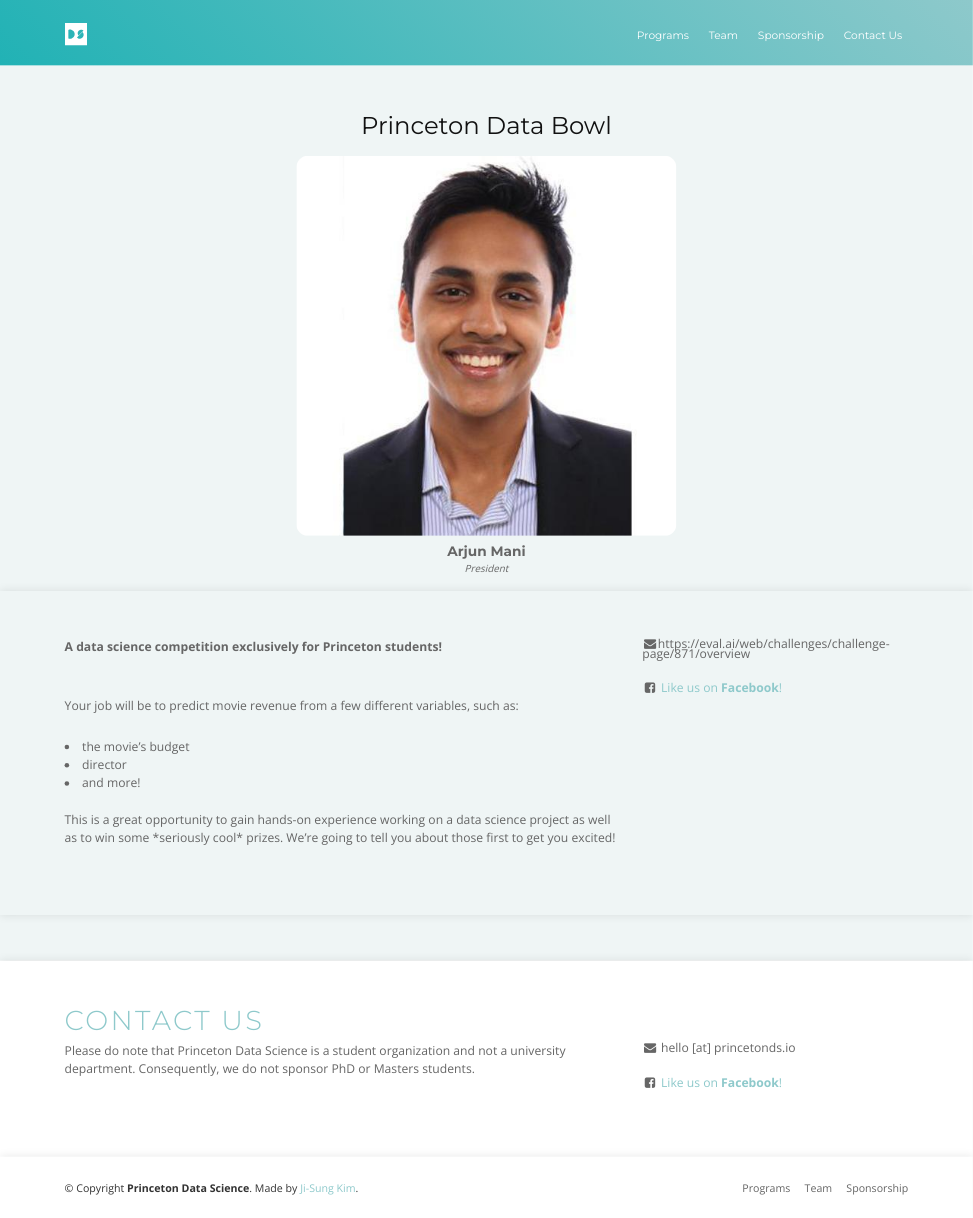
Repository: princetonds/princetonds.github.io
Page: team2.html
An editor plug-in stored every save of this project. The page is shown before and after a run of saves, followed by the edit.
The browser window is 1280 px wide. The pictures show the whole page, at 76% of full size.

Above is the page before, as saved 2021-03-20 03:32:04.
Console error: TypeError: Cannot read properties of null (reading 'innerHTML')

### team2.html
<!DOCTYPE html>
<html lang="en">
<head>
  <meta charset="utf-8">
  <title>Princeton Data Science (PDS)</title>
  <meta content="width=device-width, initial-scale=1.0" name="viewport">
  <meta content="" name="keywords">
  <meta content="" name="description">

  <!-- Favicons (created with http://realfavicongenerator.net/)-->
  <link rel="apple-touch-icon" sizes="180x180" href="/img/favicons/apple-touch-icon.png">
  <link rel="icon" type="image/png" href="/img/favicons/favicon-32x32.png" sizes="32x32">
  <link rel="icon" type="image/png" href="/img/favicons/favicon-16x16.png" sizes="16x16">
  <link rel="manifest" href="/img/favicons/manifest.json">
  <link rel="mask-icon" href="/img/favicons/safari-pinned-tab.svg" color="#49acad">
  <link rel="shortcut icon" href="/img/favicons/favicon.ico">
  <meta name="msapplication-config" content="/img/favicons/browserconfig.xml">
  <meta name="theme-color" content="#ffffff">

  <!-- Facebook Graph tags -->
  <meta property="og:url" content="https://princetonds.io" />
  <meta property="og:site_name" content="princetonds.io" />
  <meta property="og:title" content="Princeton Data Science (PDS)" />
  <meta name="og:description" content="Princeton Data Science (PDS) was founded in 2014-2015 to promote the practice and study of data science, a growing field that spans many disciplines such as statistics, machine learning, computer science, and business analytics." />
  <meta property="og:image" content="https://princetonds.io/img/500px_square_logo.png" />

  <!-- Google Fonts -->
  <link href="https://fonts.googleapis.com/css?family=Montserrat:300,400,500,700|Open+Sans:300,400,700" rel="stylesheet">

  <!-- Bootstrap CSS File -->
  <link href="lib/bootstrap/css/bootstrap.min.css" rel="stylesheet">

  <!-- Libraries CSS Files -->
  <link href="lib/animate/animate.min.css" rel="stylesheet">
  <link href="lib/font-awesome/css/font-awesome.min.css" rel="stylesheet">
  <link href="lib/magnific-popup/magnific-popup.css" rel="stylesheet">

  <!-- Main Stylesheet File -->
  <link href="css/style.css" rel="stylesheet">
  <link href="css/new.css" rel="stylesheet">
</head>

<body>

  <!--==========================
    Header
  ============================-->
  <header id="header">
    <div class="container">

      <div id="logo" class="pull-left">
        <h1><a href="#teamintro" class="scrollto"><img class="navbar-logo" src="img/inverted-logo.svg"></a></h1>
     </div>

      <nav id="nav-menu-container">
        <ul class="nav-menu">
          <li class="menu-active"><a href="https://princetonds.io">Programs</a></li>
          <li><a href="team.html">Team</a></li>
          <li><a href="media/sponsorship.pdf">Sponsorship</a></li>
          <li><a href="#contact">Contact Us</a></li>
        </ul>
      </nav><!-- #nav-menu-container -->
    </div>
  </header><!-- #header -->

  <!--==========================
    Intro Section
  ============================-->

  <!--==========================
    Intro Section
  ============================-->
  <section id="teamintro">
    <!-- <div class="team-intro-text">
      <h3>Our Team</h3>
    </div> -->
  </section>


  <!-- #intro -->


  <main id="main">


    <!--==========================
      Our Team Section
    ============================-->
    <section id="team" class="section-bg">
      <div class="container">
        <div class="section-header">
          <h3 class="section-title">Princeton Data Bowl</h3>
              <h2 style="text-align:center; color:black"></h2>
              <!-- <p style="text-align:center;">Enter team description here...</p> -->
              <div class="member2">
                <div class="pic"><img src="img/team/arjun.jpg" alt=""></div>
                <h4>Arjun Mani</h4>
                <span>President</span>
                <!-- <div class="social">
                  <p class="profile-description">.</p>
                </div> -->
              </div>

          <!-- <span class="section-divider"></span> -->
        </div>
      </div>

    <!--==========================
      Contact Section
    ============================-->
    <section id="contact">
      <div class="container">

        <div class="row wow fadeInUp">
          <div class="col-lg-8 col-md-6">
            <p><strong>A data science competition exclusively for Princeton students!</strong></p>
            <br>
            <p>
               Your job will be to predict movie revenue from a few different variables, such as: </p>
              <li> the movie’s budget </li>
              <li> director </li>
              <li> and more! </li>
              <br>
              <p>   This is a great opportunity to gain hands-on experience working on a data science project as well as to win some *seriously cool* prizes. We’re going to tell you about those first to get you excited!</p>
          </div>
          <div class="col-lg-4 col-md-6 links">
            <p><i class="fa fa-envelope fa-fw"></i>https://eval.ai/web/challenges/challenge-page/871/overview</p>
            <p><i class="fa fa-facebook-square fa-fw"></i> <a href="https://www.facebook.com/princetonds" class="facebook">Like us on <strong>Facebook</strong>!</a></p>
          </div>
        </div>
      </div>
    </section><!-- #contact -->


    </section><!-- #team -->

    <!--==========================
      Contact Section
    ============================-->
    <section id="contact">
      <div class="container">
        <div class="row wow fadeInUp">
          <div class="contact-about">
            <div class="col-lg-12 col-md-12">
              <h3>Contact Us</h3>
            </div>
          </div>
        </div>

        <div class="row wow fadeInUp">
          <div class="col-lg-8 col-md-6">
            <p>Please do note that Princeton Data Science is a student organization and not a university department. Consequently, we do not sponsor PhD or Masters students.</p>
          </div>
          <div class="col-lg-4 col-md-6 links">
            <p><i class="fa fa-envelope fa-fw"></i> hello [at] princetonds.io</p>
            <p><i class="fa fa-facebook-square fa-fw"></i> <a href="https://www.facebook.com/princetonds" class="facebook">Like us on <strong>Facebook</strong>!</a></p>
          </div>
        </div>
      </div>
    </section><!-- #contact -->

  </main>

  <!--==========================
    Footer
  ============================-->
  <footer id="footer">
    <div class="container">
      <div class="row">
        <div class="col-lg-6 text-lg-left text-center">
          <div class="copyright">
            &copy; Copyright <strong>Princeton Data Science</strong>. Made by <a href="https://jisungkim.com">Ji-Sung Kim</a>.
          </div>
          <div class="credits">
          </div>
        </div>
        <div class="col-lg-6">
          <nav class="footer-links text-lg-right text-center pt-2 pt-lg-0">
            <a href="#programs" class="scrollto">Programs</a>
            <a href="#team" class="scrollto">Team</a>
            <a href="media/sponsorship.pdf">Sponsorship</a>
          </nav>
        </div>
      </div>
    </div>
  </footer><!-- #footer -->

  <a href="#" class="back-to-top"><i class="fa fa-chevron-up"></i></a>

  <!-- JavaScript Libraries -->
  <script src="lib/jquery/jquery.min.js"></script>
  <script src="lib/jquery/jquery-migrate.min.js"></script>
  <script src="lib/bootstrap/js/bootstrap.bundle.min.js"></script>
  <script src="lib/easing/easing.min.js"></script>
  <script src="lib/wow/wow.min.js"></script>
  <script src="lib/superfish/hoverIntent.js"></script>
  <script src="lib/superfish/superfish.min.js"></script>
  <script src="lib/magnific-popup/magnific-popup.min.js"></script>

  <!-- Template Main Javascript File -->
  <script src="js/main.js"></script>
  <script src="js/typewriter.js"></script>

</body>
</html>

### css/new.css
.program {
    padding: 40px;
}

.program h3 {
    color: black;
    font-weight: 700;
    font-family: "Open Sans";
}

.section {
    padding-top: 100px;
}


#programs {
    padding: 60px 0;
}

#clients {
    padding: 60px 0;
}

.sponsor-title {
    padding-bottom: 15px;
}

.profile-description {
    font-size: 14px;
}

.arjun {
    font-size: 15px !important;
    line-height: 22px;
}

.links p {
    line-height: 12px;
}

.presidents {
    color: #999999;
    font-size: 16px;
}

Loaded but not shown: lib/bootstrap/css/bootstrap.min.css (library); lib/animate/animate.min.css (library); lib/font-awesome/css/font-awesome.min.css (library); lib/magnific-popup/magnific-popup.css (library); lib/jquery/jquery.min.js (library); lib/jquery/jquery-migrate.min.js (library); lib/bootstrap/js/bootstrap.bundle.min.js (library); lib/easing/easing.min.js (common file); lib/wow/wow.min.js (library); lib/superfish/hoverIntent.js (library); lib/superfish/superfish.min.js (library); lib/magnific-popup/magnific-popup.min.js (library); js/main.js (125 lines, source omitted); js/typewriter.js (28 lines, source omitted); css/style.css (1304 lines, source omitted)

After the next 2 saves:
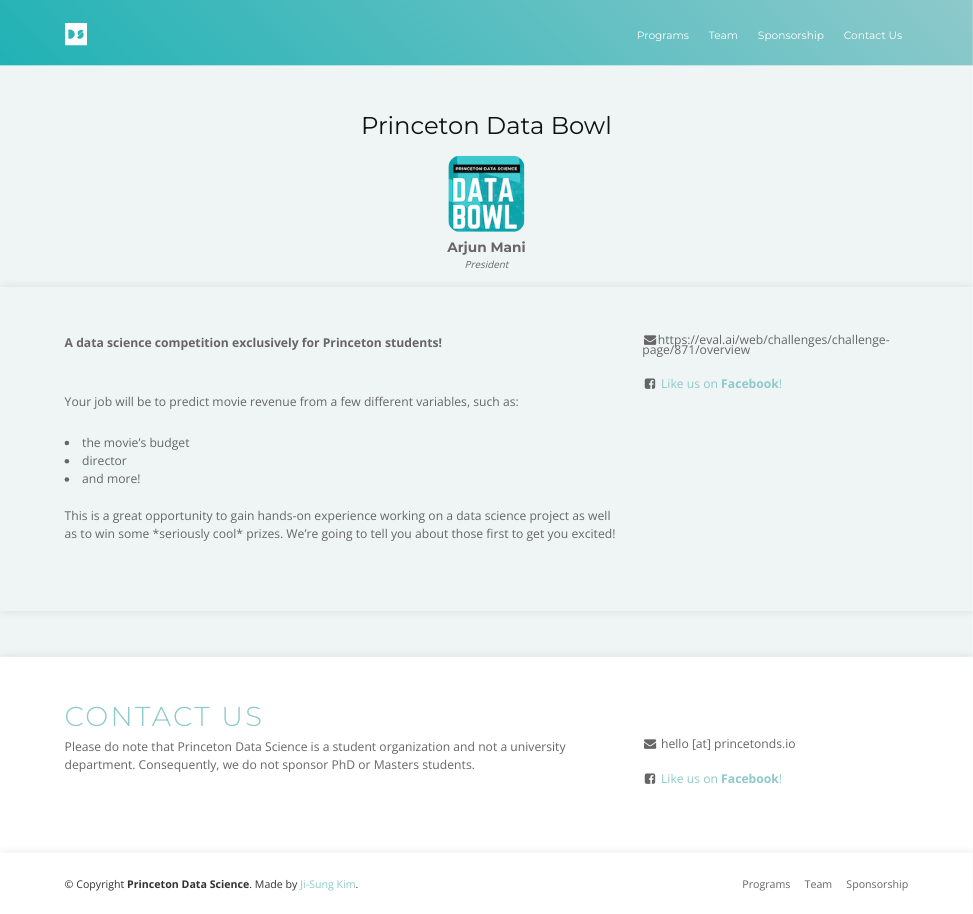
The 2 saves are shown as one change because they came seconds apart.
The last was saved 6 s later.
--- a/team2.html
+++ b/team2.html
@@ -93,7 +93,7 @@
               <h2 style="text-align:center; color:black"></h2>
               <!-- <p style="text-align:center;">Enter team description here...</p> -->
               <div class="member2">
-                <div class="pic"><img src="img/team/arjun.jpg" alt=""></div>
+                <div class="pic"><img src="img/competition/logo.jpg" alt=""></div>
                 <h4>Arjun Mani</h4>
                 <span>President</span>
                 <!-- <div class="social">
